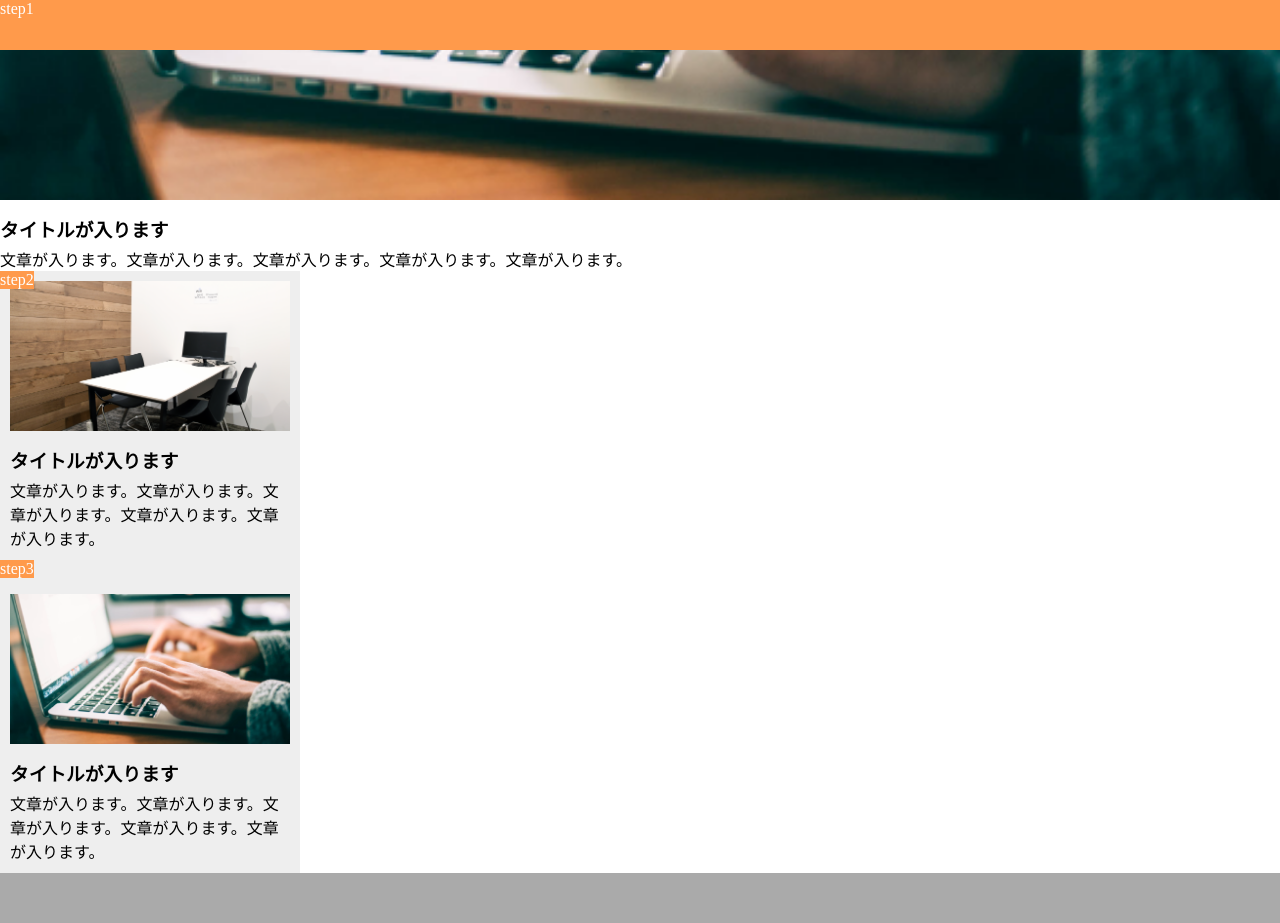
Repository: trmtmy/debug2
Page: chapter9/chapter9.html
The author's editor kept a record of every edit. The page is drawn from the files as they stood at one moment, then again after the next edit.
The browser window is 1280 px wide. The pictures show the whole page.
Some web libraries are served in a nearby version.

Above is the page before.

### chapter9/chapter9.html
<!DOCTYPE html>
<html lang="ja">
  <head>
    <meta charset="UTF-8" />
    <!-- FontAwesomeの読み込み -->
    <script src="https://kit.fontawesome.com/0393e2e04e.js" crossorigin="anonymous"></script>
    <!-- CSSファイルの読み込み -->
    <link rel="stylesheet" href="chapter9.css" />
    <title>9章</title>
  </head>

  <body>

<header>
  <div class="header"></div>
</header>

<div class="main">
  <div class="box1">
    <div class="img1"></div>
    <span class="step">step1</span>
    <h3 class="title">タイトルが入ります</h3>
    <p class="text">文章が入ります。文章が入ります。文章が入ります。文章が入ります。文章が入ります。</p>
  </div>

  <div class="box">
    <div class="img2"></div>
    <span class="step">step2</span>
    <h3 class="title">タイトルが入ります</h3>
    <p class="text">文章が入ります。文章が入ります。文章が入ります。文章が入ります。文章が入ります。</p>
  </div>
  </div>

  <div class="box">
  　 <div class="img1"></div>
    <span class="step">step3</span>
    <h3 class="title">タイトルが入ります</h3>
    <p class="text">文章が入ります。文章が入ります。文章が入ります。文章が入ります。文章が入ります。</p>
  </div>
  </div>

</main>

<footer>
  <div class="footer">

  </div>
</footer>

  </body>
</html>

<a href="mailto:"></a>

### chapter9/chapter9.css
*{
  margin: 0;
  padding:  0;
  box-sizing: border-box;
}

header {
  background-color: #FF9A4B;
  height: 50px;
}

main {
width: 960px;
margin: 50px auto;
display: flex;
}

.box {
  width: 300px;
  margin-right: 30px;
  padding: 10px;
  position: relative;
  background-color: #EEEEEE;
}

.box:last-child {
  margin-right: 0;
}



.img1 {
  height: 150px;
  background-image: url(flow01.png);
  background-size: cover;
  background-position: bottom;
}


.img2 {
  height: 150px;
  background-image: url(flow02.png);
  background-size: cover;
  background-position: bottom;
}

.img3 {
  height: 150px;
  background-image: url(flow03.png);
  background-size: cover;
  background-position: bottom;
}

.step {
  position: absolute;
  top: 0;
  left: 0;
  background-color: #ff9a4b;
  color: #fff;
}

.title {
  margin: 15px 0 5px;
}

.footer {
  background-color: #AAAAAA;
  height: 50px;
}

@media screen and (max-width: 768px) {

  header {
    width: 100%;
  }

  main {
    width: 100%;
  display: block;
  margintop: 50px;

  }

  .box {
    width: 90%;
    margin: 0 auto;

  }

  .img1 {
    width:100%;
    height: 150px;

  }
  .img2 {
    width: 100%;
    height:150px;

  }
  .img3 {
    width: 100%;
    height: 150px;

  }

  .title {
    width: 100%;
  }

  footer {
    width: 100%;
  }
}

After the next edit:
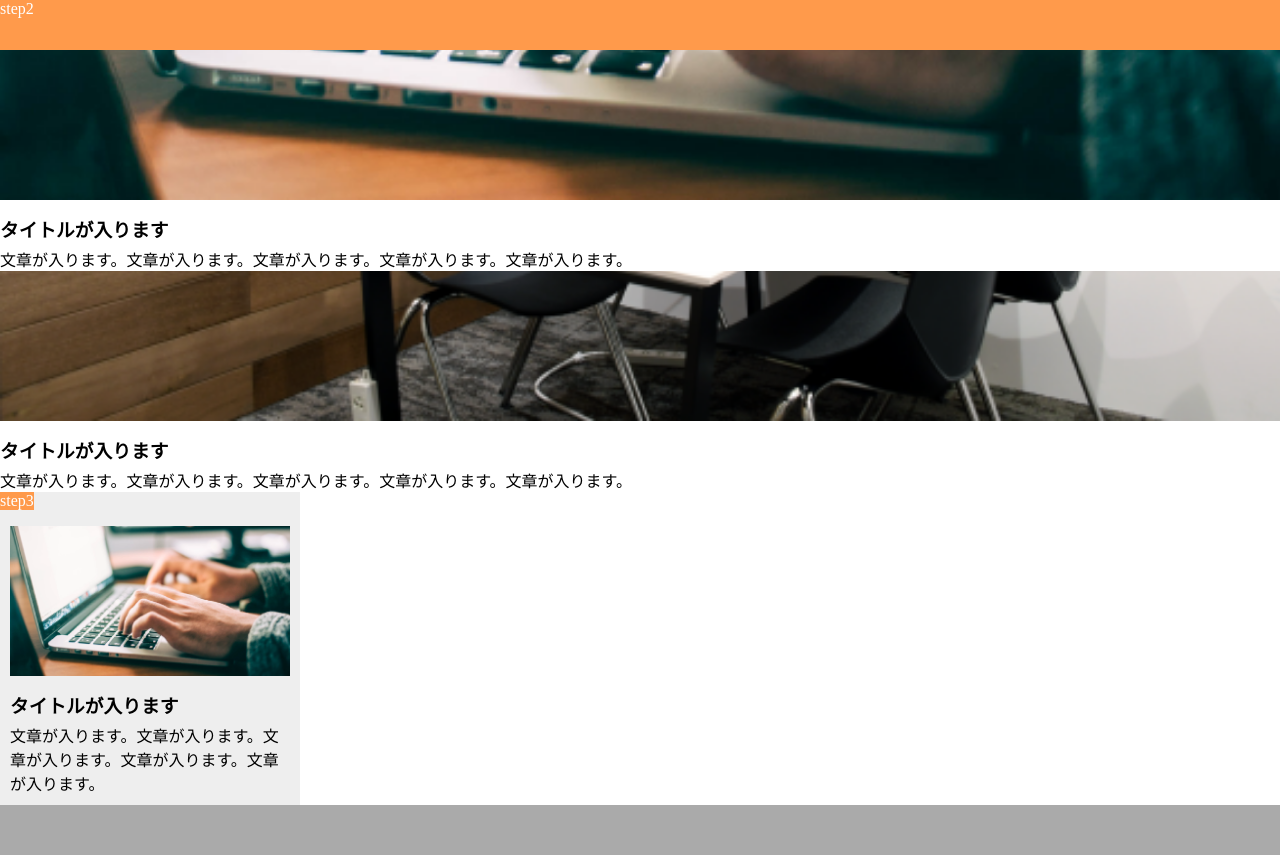
The edit:
--- a/chapter9/chapter9.html
+++ b/chapter9/chapter9.html
@@ -23,7 +23,7 @@
     <p class="text">文章が入ります。文章が入ります。文章が入ります。文章が入ります。文章が入ります。</p>
   </div>
 
-  <div class="box">
+  <div class="box2">
     <div class="img2"></div>
     <span class="step">step2</span>
     <h3 class="title">タイトルが入ります</h3>
